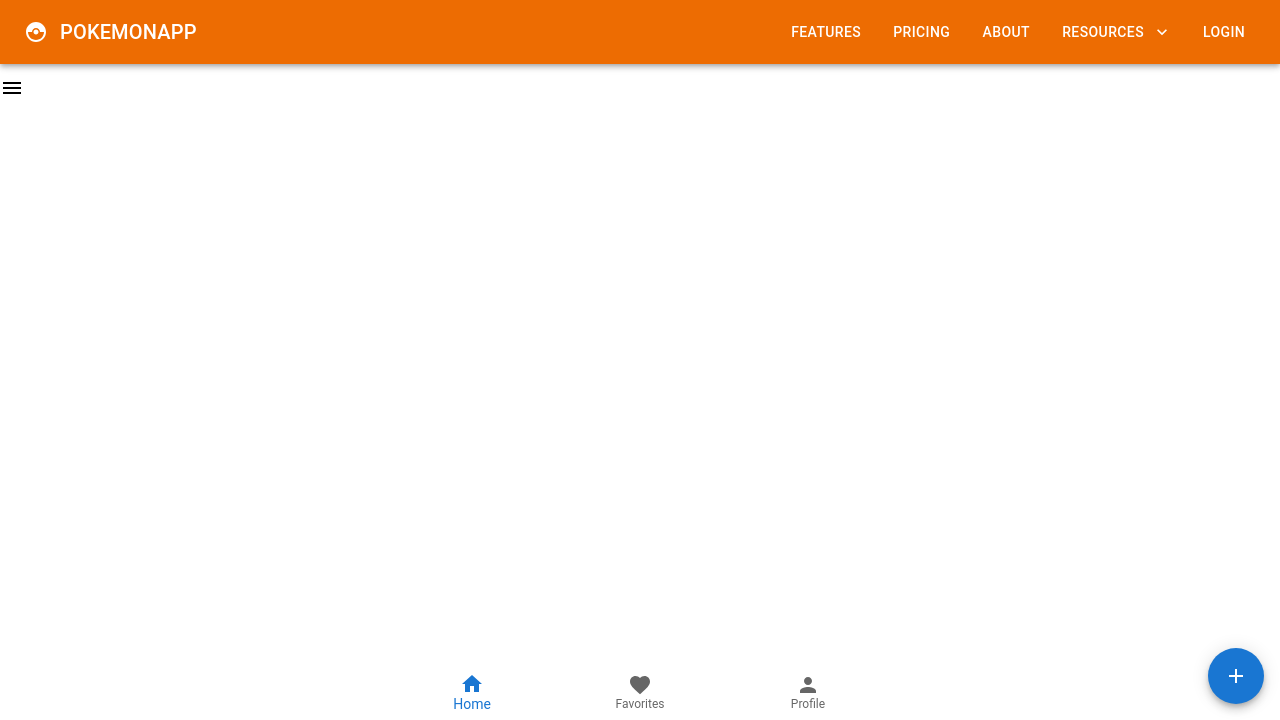
Repository: janidulnkg1/react-mui
Page: / (app in mui-demo/)
The author's editor kept a copy of each file at every save. The page is drawn from the files as they stood at one save, then again after a run of saves.
The browser window is 1280 px wide. The pictures show the whole page.
The project was rebuilt for these pictures with package versions that can differ from the ones it lists, and the page was loaded fresh each time.

Above is the page before, as saved 2023-11-13 11:49:54.

### mui-demo/public/index.html
<!DOCTYPE html>
<html lang="en">
  <head>
    <meta charset="utf-8" />
    <link rel="icon" href="%PUBLIC_URL%/favicon.ico" />
    <meta name="viewport" content="width=device-width, initial-scale=1" />
    <meta name="theme-color" content="#000000" />
    <meta
      name="description"
      content="Web site created using create-react-app"
    />
    <link rel="apple-touch-icon" href="%PUBLIC_URL%/logo192.png" />
    <!--
      manifest.json provides metadata used when your web app is installed on a
      user's mobile device or desktop. See https://developers.google.com/web/fundamentals/web-app-manifest/
    -->
    <link rel="manifest" href="%PUBLIC_URL%/manifest.json" />
    <!--
      Notice the use of %PUBLIC_URL% in the tags above.
      It will be replaced with the URL of the `public` folder during the build.
      Only files inside the `public` folder can be referenced from the HTML.

      Unlike "/favicon.ico" or "favicon.ico", "%PUBLIC_URL%/favicon.ico" will
      work correctly both with client-side routing and a non-root public URL.
      Learn how to configure a non-root public URL by running `npm run build`.
    -->
    <title>react-mui-ts-demo</title>
  </head>
  <body>
    <noscript>You need to enable JavaScript to run this app.</noscript>
    <div id="root"></div>
    <!--
      This HTML file is a template.
      If you open it directly in the browser, you will see an empty page.

      You can add webfonts, meta tags, or analytics to this file.
      The build step will place the bundled scripts into the <body> tag.

      To begin the development, run `npm start` or `yarn start`.
      To create a production bundle, use `npm run build` or `yarn build`.
    -->
  </body>
</html>

### mui-demo/src/App.tsx
import './App.css';
//import { MuiTypography } from './components/MuiTypography';
//import { MuiButton } from './components/MuiButton';
//import {MuiTextField } from './components/MuiTextField'
//import {MuiSelect } from './components/MuiSelect'
//import { MuiRadioButton } from './components/MuiRadioButton';
//import { MuiCheckbox } from './components/MuiCheckbox';
//import { MuiSwitch } from './components/MuiSwitch';
//import { MuiRating } from './components/MuiRating';
//import { MuiAutocomplete } from './components/MuiAutocomplete';
//import { MuiLayout } from './components/MuiLayout';
//import { MuiCard } from './components/MuiCard';
//import { MuiAccordion } from './components/MuiAccordion';
//import { MuiLink} from './components/MuiLink';
//import { MuiBreadcrumbs } from './components/MuiBreadcrumbs';
//import { MuiImageList } from './components/MuiImageList';
//import { MuiAvatar } from './components/MuiAvatar';
import { MuiNavbar } from './components/MuiNavbar';
import { MuiDrawer } from './components/MuiDrawer';
import { MuiSpeedDial } from './components/MuiSpeedDial';
import { MuiBottomNavigation } from './components/MuiBottomNavigation';
import { MuiImageList } from './components/MuiImageList';

function App() {
  return (
    <div className="App">

      {/*MuiTypography */}
      {/*MuiButton */}
      {/*MuiTextField */}
      {/*MuiSelect */}
      {/*MuiRadioButton */}
      {/*MuiCheckbox*/}
      {/*MuiSwitch */}
      {/*MuiRating */}
      {/*MuiAutocomplete */}
      {/*MuiLayout */}
      {/*MuiCard */}
      {/*MuiAccordion */}
      {/*MuiImageList */}
      {/*MuiLink */}
      {/*MuiBreadcrumbs */}
       {/*MuiAvatar */}
      <MuiNavbar />
      <MuiDrawer />
      <MuiSpeedDial />
      <MuiBottomNavigation />
    </div>
  );
}

export default App;

### mui-demo/src/App.css
body{
  /* background-color: #eeeeee; */
}

.App {
  /* padding: 4rem; */
}

.App-logo {
  height: 40vmin;
  pointer-events: none;
}

@media (prefers-reduced-motion: no-preference) {
  .App-logo {
    animation: App-logo-spin infinite 20s linear;
  }
}

.App-header {
  background-color: #282c34;
  min-height: 100vh;
  display: flex;
  flex-direction: column;
  align-items: center;
  justify-content: center;
  font-size: calc(10px + 2vmin);
  color: white;
}

.App-link {
  color: #61dafb;
}

@keyframes App-logo-spin {
  from {
    transform: rotate(0deg);
  }
  to {
    transform: rotate(360deg);
  }
}

### mui-demo/src/components/MuiNavbar.tsx
import {
    AppBar,
    Toolbar,
    IconButton,
    Typography,
    Button,
    Stack,
    Menu,
    MenuItem
  } from '@mui/material'
  import CatchingPokemonIcon from '@mui/icons-material/CatchingPokemon'
  import KeyboardArrowDownIcon from '@mui/icons-material/KeyboardArrowDown'
  import { useState } from 'react'

  export const MuiNavbar = () => {
    const [anchorEl, setAnchorEl] = useState<null | HTMLElement>(null)
    const open = Boolean(anchorEl)
    const handleClick = (event: React.MouseEvent<HTMLButtonElement>) => {
      setAnchorEl(event.currentTarget)
    }
    const handleClose = () => {
      setAnchorEl(null)
    }
    return (
      <AppBar position='static' color='warning' >
        <Toolbar>
          <IconButton size='large' edge='start' color='inherit' aria-label='logo'>
            <CatchingPokemonIcon />
          </IconButton>
          <Typography variant='h6' component='div' sx={{ flexGrow: 1 }}>
            POKEMONAPP
          </Typography>
          <Stack direction='row' spacing={2}>
            <Button color='inherit'>Features</Button>
            <Button color='inherit'>Pricing</Button>
            <Button color='inherit'>About</Button>
            <Button
              color='inherit'
              id='resources-button'
              aria-controls={open ? 'resources-menu' : undefined}
              aria-haspopup='true'
              aria-expanded={open ? 'true' : undefined}
              endIcon={<KeyboardArrowDownIcon />}
              onClick={handleClick}>
              Resources
            </Button>
            <Button color='inherit'>Login</Button>
          </Stack>
          <Menu
            id='resources-menu'
            anchorEl={anchorEl}
            open={open}
            onClose={handleClose}
            anchorOrigin={{
              vertical: 'bottom',
              horizontal: 'right'
            }}
            transformOrigin={{
              vertical: 'top',
              horizontal: 'right'
            }}
            MenuListProps={{
              'aria-labelledby': 'resources-button'
            }}>
            <MenuItem onClick={handleClose}>Blog</MenuItem>
            <MenuItem onClick={handleClose}>Podcast</MenuItem>
          </Menu>
        </Toolbar>
      </AppBar>
    )
  }

### mui-demo/src/components/MuiDrawer.tsx
import { Drawer, Box, Typography, IconButton } from '@mui/material'
import { useState } from 'react'
import MenuIcon from '@mui/icons-material/Menu'

export const MuiDrawer = () => {
  const [isDrawerOpen, setIsDrawerOpen] = useState(false)

  return (
    <>
      <IconButton
        onClick={() => setIsDrawerOpen(true)}
        size='large'
        edge='start'
        color='inherit'
        aria-label='logo'
        >
        <MenuIcon />
      </IconButton>
      <Drawer
        anchor='left'
        open={isDrawerOpen}
        onClose={() => setIsDrawerOpen(false)}
        >
        <Box p={2} width='250px' role='presentation' textAlign='center'>
          <Typography variant='h6' component='div'>
            Side Panel
          </Typography>
        </Box>
      </Drawer>
    </>
  )
}

### mui-demo/src/components/MuiSpeedDial.tsx
import { SpeedDial, SpeedDialAction, SpeedDialIcon } from '@mui/material'
import CopyIcon from '@mui/icons-material/FileCopyOutlined'
import PrintIcon from '@mui/icons-material/Print'
import ShareIcon from '@mui/icons-material/Share'
import EditIcon from '@mui/icons-material/Edit'

export const MuiSpeedDial = () => {
  return (
    <SpeedDial
      ariaLabel='Navigation speed dial'
      sx={{ position: 'absolute', bottom: 16, right: 16 }}
      icon={<SpeedDialIcon openIcon={<EditIcon />} />}>
      <SpeedDialAction icon={<CopyIcon />} tooltipTitle='Copy' tooltipOpen />
      <SpeedDialAction icon={<PrintIcon />} tooltipTitle='Print' tooltipOpen />
      <SpeedDialAction icon={<ShareIcon />} tooltipTitle='Share' tooltipOpen />
    </SpeedDial>
  )
}

### mui-demo/src/components/MuiBottomNavigation.tsx
import { BottomNavigation, BottomNavigationAction } from '@mui/material'
import HomeIcon from '@mui/icons-material/Home'
import FavoriteIcon from '@mui/icons-material/Favorite'
import PersonIcon from '@mui/icons-material/Person'
import { useState } from 'react'

export const MuiBottomNavigation = () => {
  const [value, setValue] = useState(0)
  return (
    <BottomNavigation
      sx={{ width: '100%', position: 'fixed', bottom: 0 }}
      showLabels
      value={value}
      onChange={(event, newValue) => {
        setValue(newValue)
      }}>
      <BottomNavigationAction label='Home' icon={<HomeIcon />} />
      <BottomNavigationAction label='Favorites' icon={<FavoriteIcon />} />
      <BottomNavigationAction label='Profile' icon={<PersonIcon />} />
    </BottomNavigation>
  )
}

### mui-demo/src/components/MuiBadge.tsx
import { Stack, Badge } from '@mui/material'
import MailIcon from '@mui/icons-material/Mail'

export const MuiBadge = () => {
  return (
    <Stack spacing={2} direction='row'>
      <Badge badgeContent={5} color='secondary'>
        <MailIcon />
      </Badge>
      <Badge badgeContent={0} color='secondary' showZero>
        <MailIcon />
      </Badge>
      <Badge badgeContent={100} color='secondary' max={999}>
        <MailIcon />
      </Badge>
      <Badge color='secondary' variant='dot'>
        <MailIcon />
      </Badge>
    </Stack>
  )
}

Loaded but not shown: mui-demo/src/index.tsx (common file); mui-demo/src/index.css (common file); mui-demo/src/reportWebVitals.ts (common file)

After the next 5 saves:
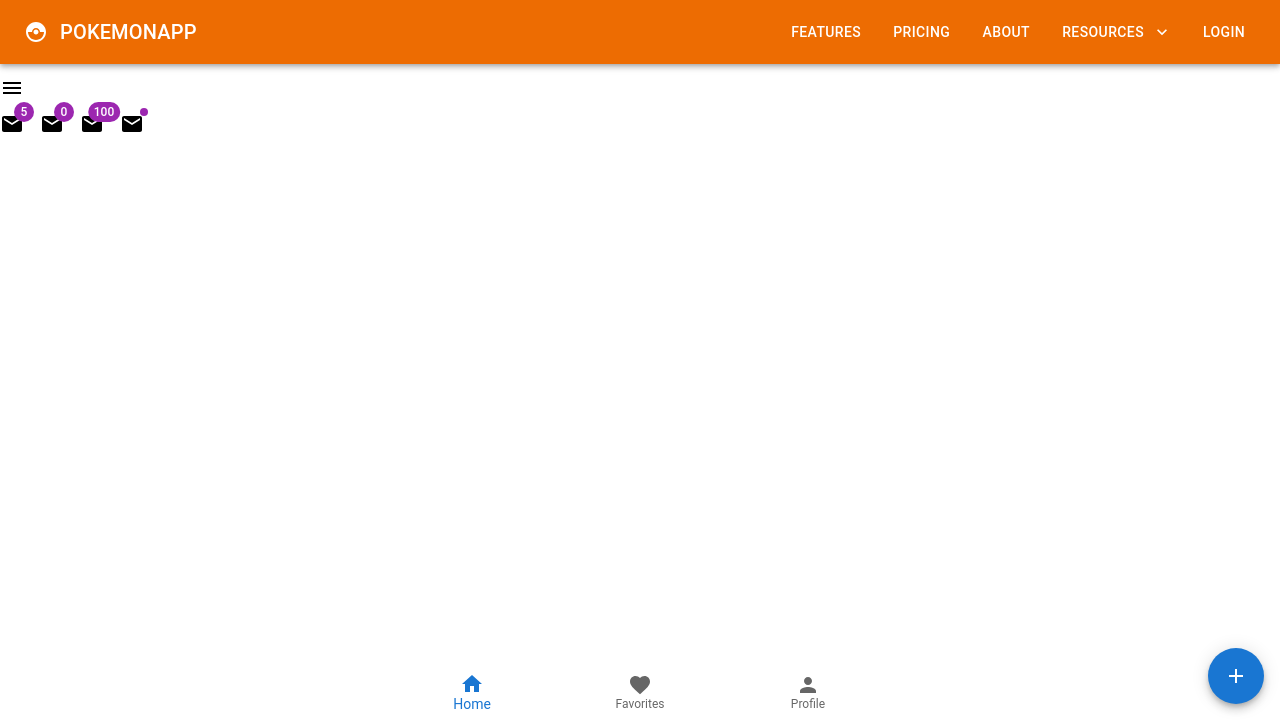
The 5 saves are shown as one change because they came seconds apart.
The last was saved 17 s later.
--- a/mui-demo/src/App.tsx
+++ b/mui-demo/src/App.tsx
@@ -20,6 +20,7 @@
 import { MuiSpeedDial } from './components/MuiSpeedDial';
 import { MuiBottomNavigation } from './components/MuiBottomNavigation';
 import { MuiImageList } from './components/MuiImageList';
+import { MuiBadge } from './components/MuiBadge';
 
 function App() {
   return (
@@ -43,6 +44,7 @@
        {/*MuiAvatar */}
       <MuiNavbar />
       <MuiDrawer />
+      <MuiBadge />
       <MuiSpeedDial />
       <MuiBottomNavigation />
     </div>

After the 6 saves that followed:
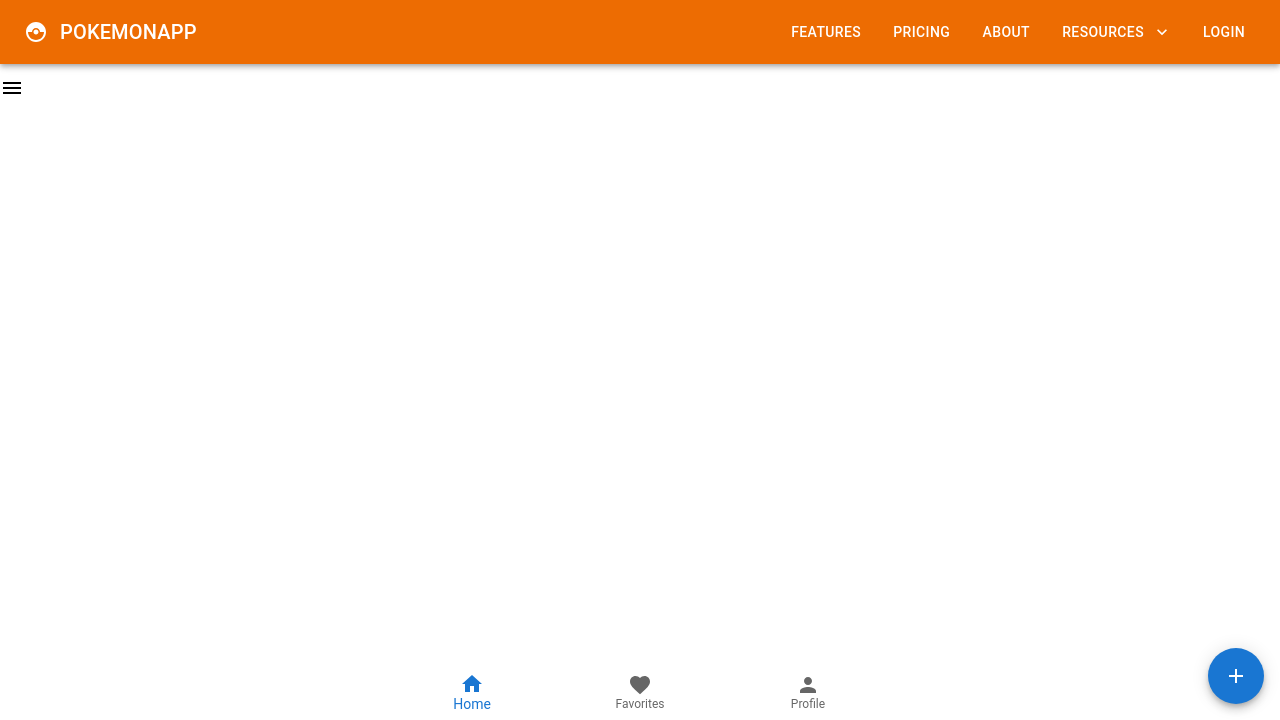
The 6 saves are shown as one change because 3 left the picture as it was and some came seconds apart.
The last was saved 48 s later.
--- a/mui-demo/src/App.tsx
+++ b/mui-demo/src/App.tsx
@@ -42,9 +42,9 @@
       {/*MuiLink */}
       {/*MuiBreadcrumbs */}
        {/*MuiAvatar */}
+        {/*MuiBadge */}
       <MuiNavbar />
       <MuiDrawer />
-      <MuiBadge />
       <MuiSpeedDial />
       <MuiBottomNavigation />
     </div>
